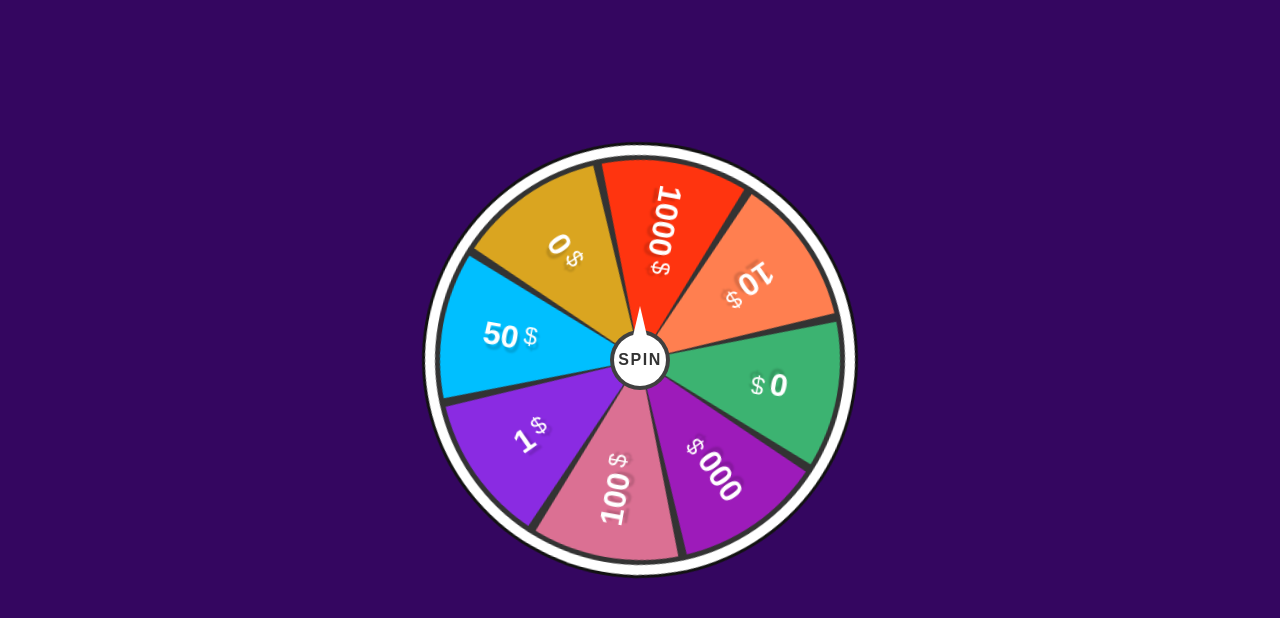
Repository: Jacques-Jaki-Morkel/FundedMarketplace_WheelofFortune
Page: index.html
These files come from the project's save history. The page is drawn as it stood at one moment and after the next save; the edit follows.
The browser window is 1280 px wide. The pictures show the whole page.
After loading, the first visible `div.spinBtn` was clicked once.

Above is the page before, as saved 2025-08-12 13:19:14.

### index.html
<!DOCTYPE html>
<html lang="en">

<head>
    <meta charset="UTF-8">
    <meta name="viewport" content="width=device-width, initial-scale=1.0">
    <title>Wheel of Fortune - Funded Marketplace</title>
    <link rel="stylesheet" href="styles.css">
</head>

<body>
    <div class="container">
        <div class="spinBtn">
            SPIN
        </div>
        <div class="wheel">
            <div class="number" style=" --i:1 ;--clr: #db7093;">
                <span>100</span>
            </div>
            <div class="number" style=" --i:2 ;--clr: #8a2be2;">
                <span>1</span>
            </div>
            <div class="number" style=" --i:3 ;--clr: #00bfff;">
                <span>50</span>
            </div>
            <div class="number" style=" --i:4 ;--clr: #daa520;">
                <span>0</span>
            </div>
            <div class="number" style=" --i:5 ;--clr: #ff340f;">
                <span>1000</span>
            </div>
            <div class="number" style=" --i:6 ;--clr: #ff7f50;">
                <span>10</span>
            </div>
            <div class="number" style=" --i:7 ;--clr: #3cb371;">
                <span>0</span>
            </div>
            <div class="number" style=" --i:8 ;--clr: #9d1bba;">
                <span>000</span>
            </div>
        </div>
    <div>
    <script src="script.js"></script>
</body>

</html>

### styles.css
* {
    margin: 0;
    padding: 0;
    box-sizing: border-box;
    font-family: 'Poppins', sans-serif;
}

body {
    display: flex;
    justify-content: center;
    align-items: center;
    min-height: 100vh;
    background: rgb(52, 6, 96);
}

.container {
    position: relative;
    width: 400px;
    height: 400px;
    display: flex;
    justify-content: center;
    align-items: center;
}

.container .spinBtn {
    position: absolute;
    width: 60px;
    height: 60px;
    background: #fff;
    border-radius: 50%;
    z-index: 10;
    display: flex;
    justify-content: center;
    align-items: center;
    text-transform: uppercase;
    font-weight: 600;
    color: #333;
    letter-spacing: 0.1em;
    border: 4px solid rgba(0, 0, 0, 0.75);
    cursor: pointer;
    user-select: none;
}

.container .spinBtn::before {
    content: '';
    position: absolute;
    top: -28px;
    width: 20px;
    height: 30px;
    background: #fff;
    clip-path: polygon(50% 0%, 15% 100%, 85% 100%);
}

.container .wheel {
    position: absolute;
    top: 0;
    left: 0;
    width: 100%;
    height: 100%;
    background: #333;
    border-radius: 50%;
    overflow: hidden;
    box-shadow: 0 0 0 5px #333,
        0 0 0 15px #fff,
        0 0 0 18px #111;
}

.container .wheel .number {
    position: absolute;
    width: 50%;
    height: 50%;
    background: var(--clr);
    transform-origin: bottom right;
    transform: rotate(calc(45deg * var(--i)));
    clip-path: polygon(0 0, 56% 0, 100% 100%, 0 56%);
    display: flex;
    justify-content: center;
    align-items: center;
    user-select: none;
    cursor: pointer;
}
.container .wheel .number span {
    position: relative;
    transform: rotate(45deg);
    color: #fff;
    font-size: 2em;
    font-weight: 700;
    text-shadow: 3px 5px 2px rgba(0, 0, 0, 0.15);
}

.container .wheel .number span::after {
    content: '$';
    padding-left: 5px;
    position: absolute;
    font-size: 0.75em;
    font-weight: 500;
}

### script.js
const wheel = document.querySelector('.wheel');
const spinButton = document.querySelector('.spinBtn');
const value = Math.ceil(Math.random() * 360);

spinButton.addEventListener('click', () => {
    const randomDegree = Math.floor(Math.random() * (360)) + 720; // Ensure at least two full rotations
    const finalDegree = value + randomDegree;

    wheel.style.transition = 'transform 4s cubic-bezier(0.33, 1, 0.68, 1)';
    wheel.style.transform = `rotate(${finalDegree}deg)`;


})

After the next save:
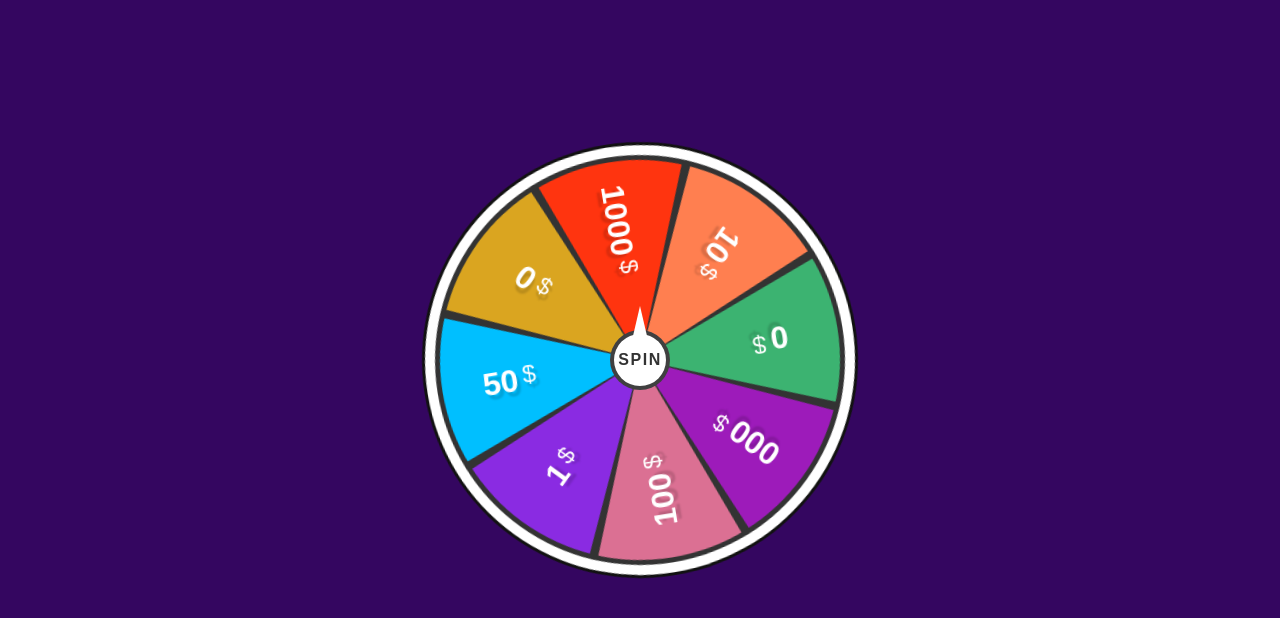
Saved 22 s later.
--- a/script.js
+++ b/script.js
@@ -3,7 +3,7 @@ const spinButton = document.querySelector('.spinBtn');
 const value = Math.ceil(Math.random() * 360);
 
 spinButton.addEventListener('click', () => {
-    const randomDegree = Math.floor(Math.random() * (360)) + 720; // Ensure at least two full rotations
+    const randomDegree = Math.floor(Math.random() * (360*4)) + 720; // Ensure at least two full rotations
     const finalDegree = value + randomDegree;
 
     wheel.style.transition = 'transform 4s cubic-bezier(0.33, 1, 0.68, 1)';
